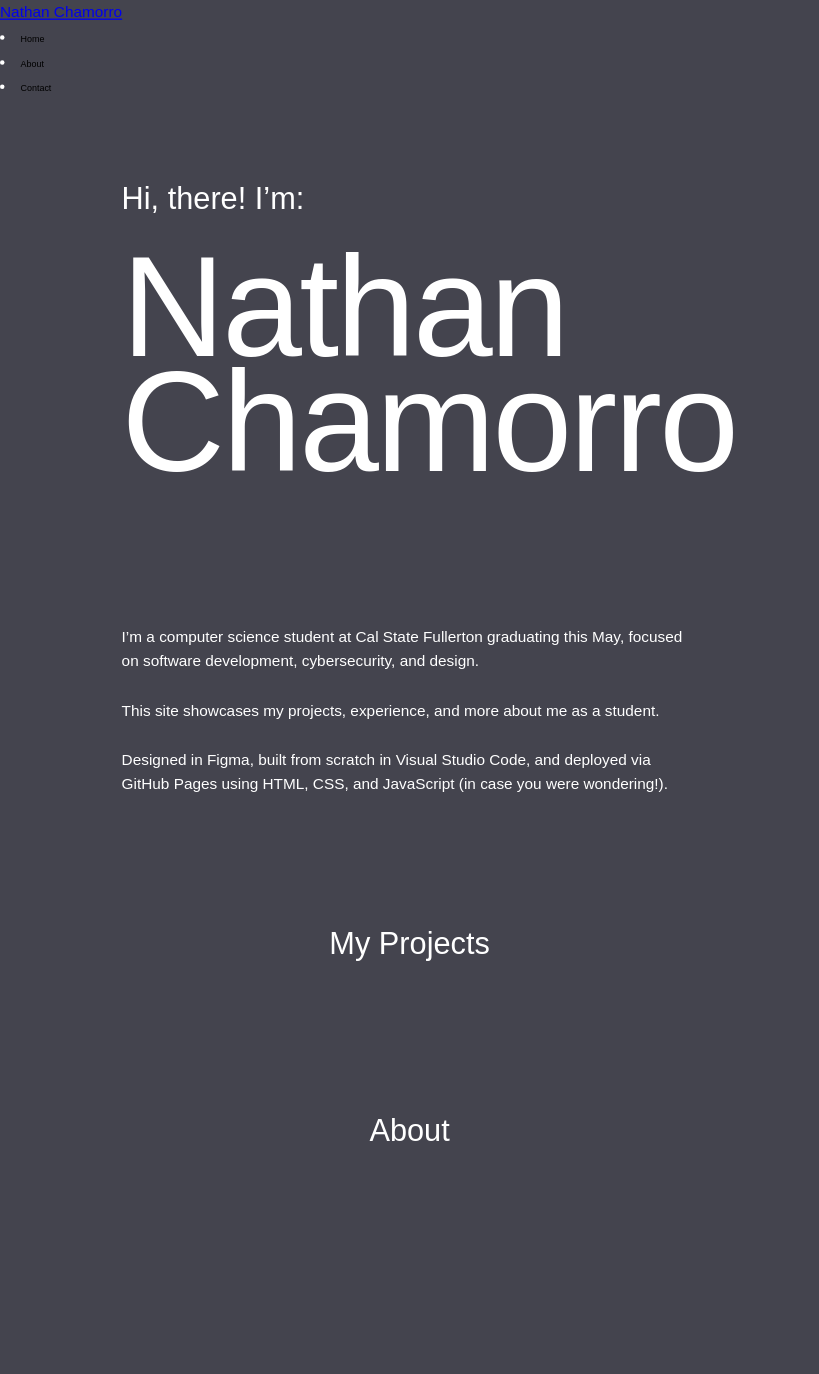
Repository: nathanchamorro1/nathanchamorro1.github.io
Page: index.html
These files come from the project's save history. The page is drawn as it stood at one moment and after the next save; the edit follows.
The browser window is 1280 px wide. The pictures show the whole page, at 64% of full size.
Some web fonts or font styles are not loaded; a fallback is used.

Above is the page before, as saved 2026-02-17 17:02:50.

After the next save:
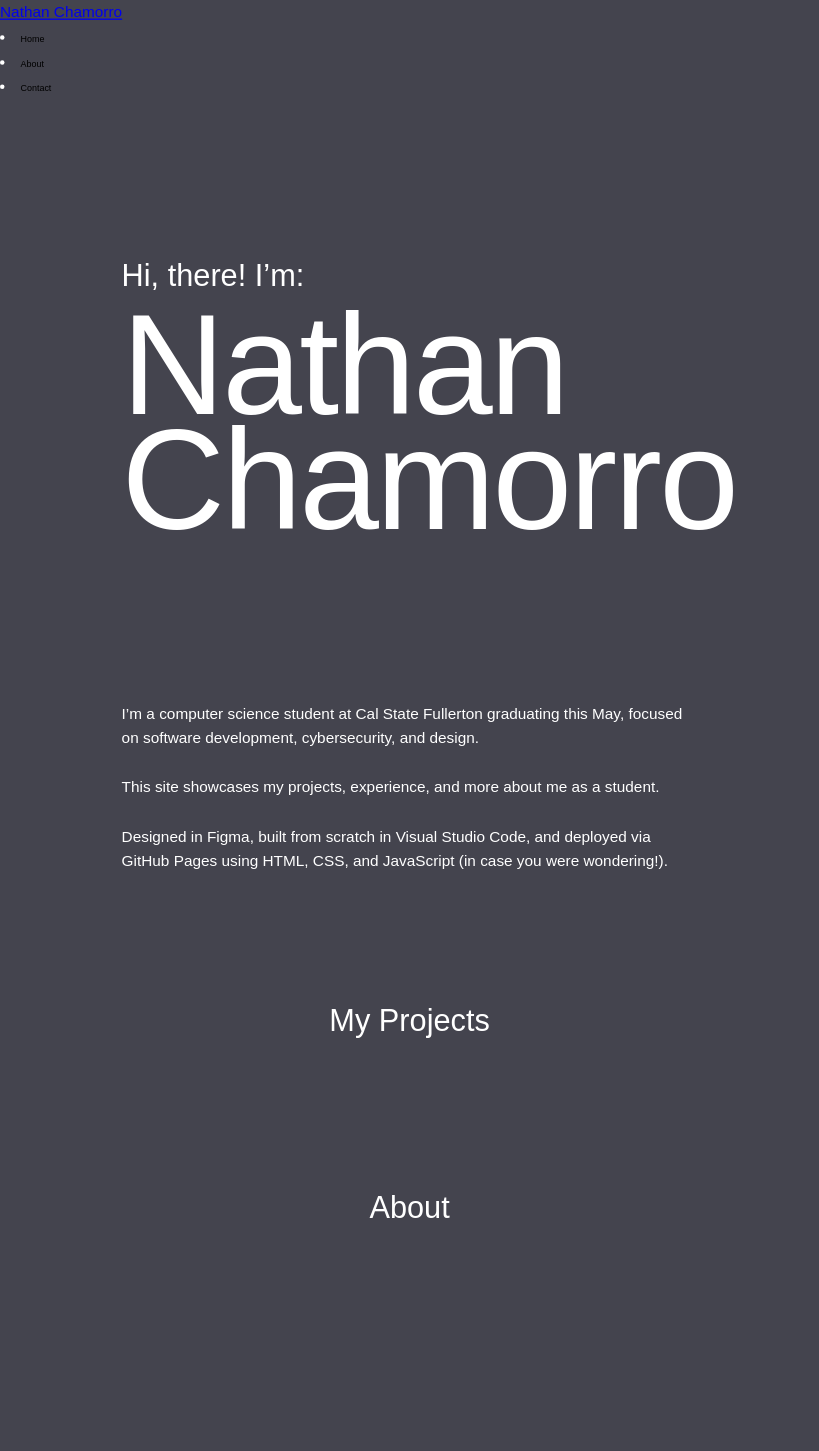
Saved 7 min 58 s later.
--- a/css/style.css
+++ b/css/style.css
@@ -26,7 +26,7 @@ body {
     align-items: flex-start;
     flex-direction: column;
     justify-content: flex-start;
-    padding-top: 0px;
+    padding-top: 120px;
     text-align: left;
 }
 
@@ -48,7 +48,7 @@ h2 {
     font-variation-settings: "wght" 400;
     font-size: 3rem;
     opacity: 0.8;
-    margin-bottom: 40px;
+    margin-bottom: 10px;
 }
 
 h3 {
